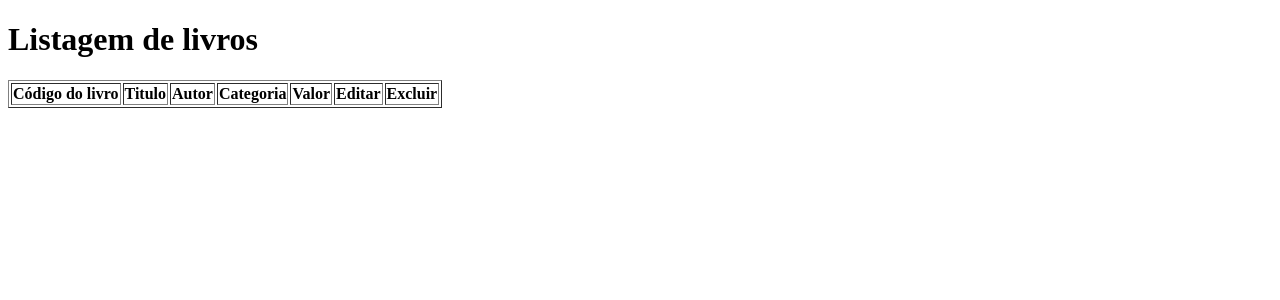
Repository: EikDEV/Atividade-Cliente-Servidor
Page: http://localhost/crudjspjava/mostrarlivro.jsp
These files come from the project's save history. The page is drawn as it stood at one moment and after the next save; the edit follows.
The browser window is 1280 px wide. The pictures show the whole page.
The page is served by Tomcat 9. Queries for data that is not in the repository find no rows.

Above is the page before, as saved 2022-11-05 01:07:50.

After the next save:
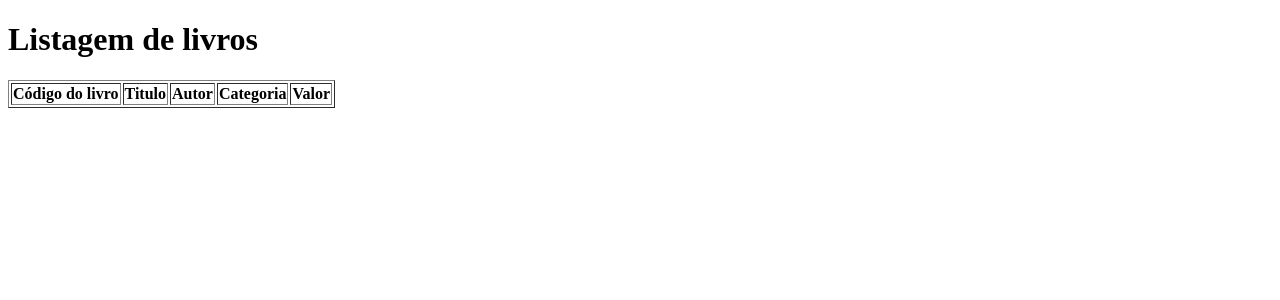
Saved 3 min 16 s later.
--- a/crudjspjava/src/main/webapp/mostrarlivro.jsp
+++ b/crudjspjava/src/main/webapp/mostrarlivro.jsp
@@ -19,7 +19,7 @@
 	%>
 
 	<table border="1">
-		<tr><th>Código do livro</th><th>Titulo</th><th>Autor</th><th>Categoria</th><th>Valor</th><th>Editar</th><th>Excluir</th></tr>
+		<tr><th>Código do livro</th><th>Titulo</th><th>Autor</th><th>Categoria</th><th>Valor</th></tr>
 		<c:forEach items="${list}" var="livro">
 			<tr>
 				<td>${livro.getCodlivro()}</td>
